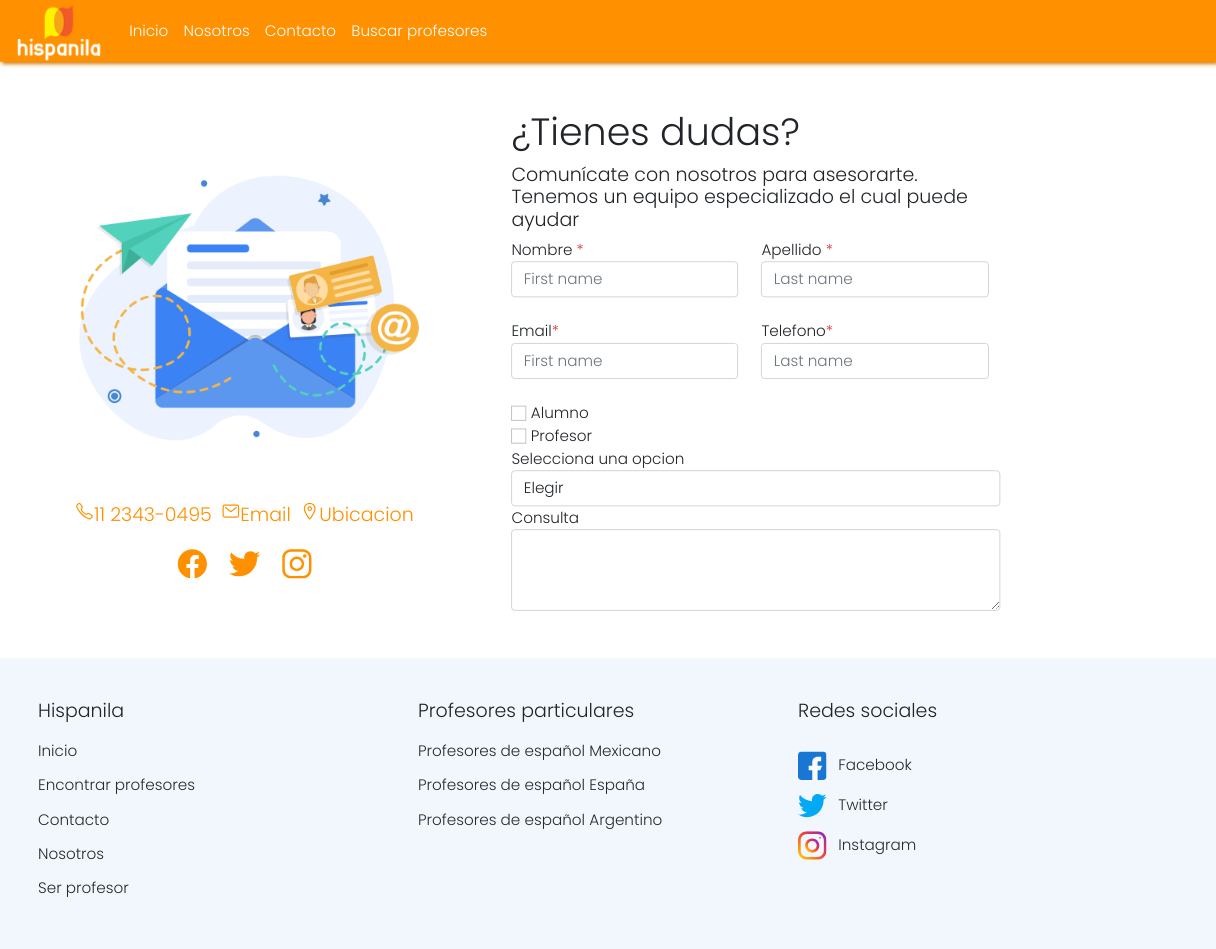
Repository: AgustinGarciaDev/Hispanila
Page: contact.html
These files come from the project's save history. The page is drawn as it stood at one moment and after the next save; the edit follows.
The browser window is 1280 px wide. The pictures show the whole page, at 95% of full size.
Some web libraries are served in a nearby version. The style sheet was rebuilt from its Sass, Less or Tailwind sources for each picture, by a compiler version that may differ from the author's.

Above is the page before, as saved 2021-01-29 00:00:01.

After the next save:
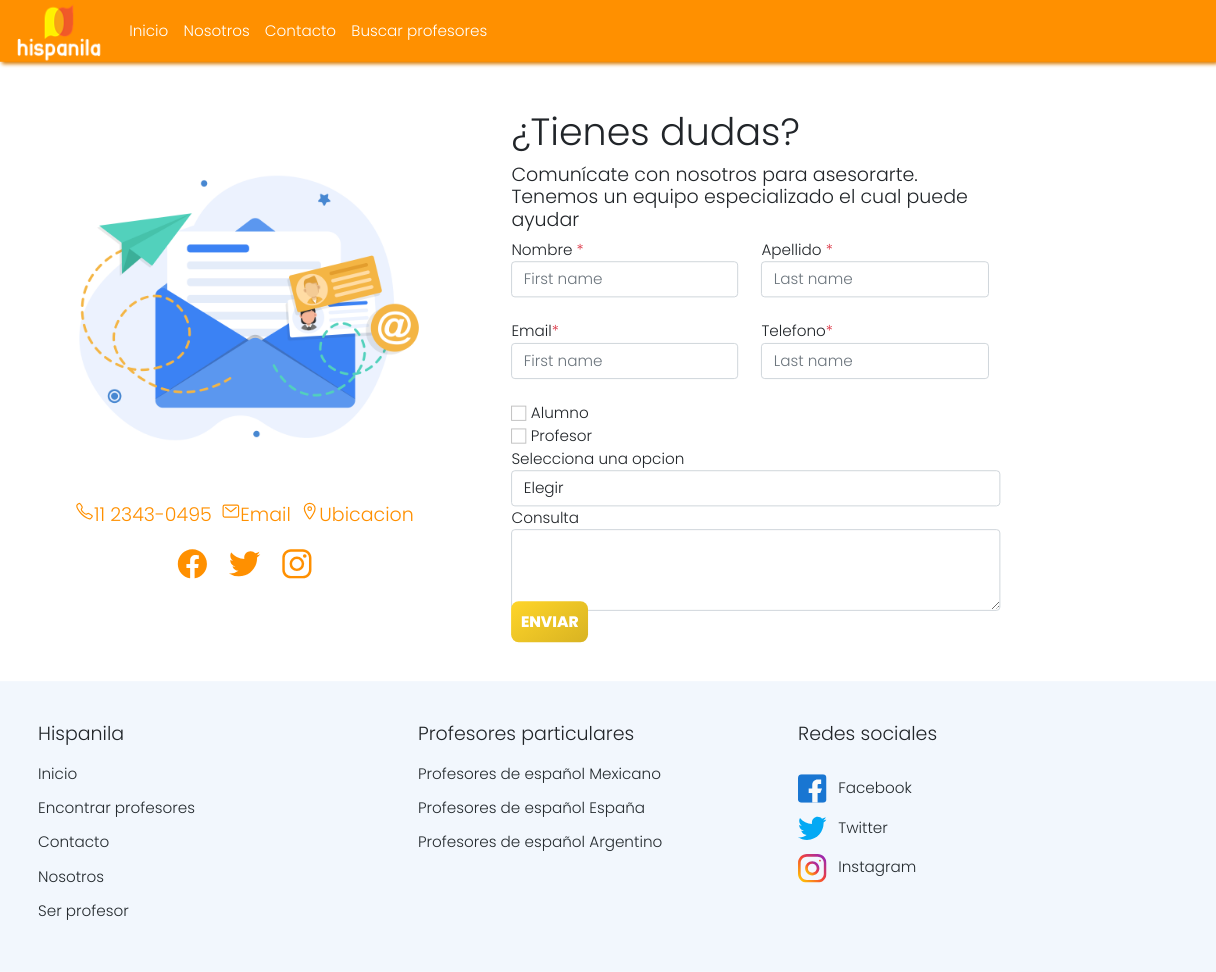
Saved 65 s later.
--- a/contact.html
+++ b/contact.html
@@ -116,7 +116,7 @@
                             <label for="exampleFormControlTextarea1 ">Consulta</label>
                             <textarea class="form-control " id="exampleFormControlTextarea1 " rows="3 "></textarea>
                         </div>
-
+                        <a class="hero__bottom" href="#" role="button">ENVIAR</a>
                     </form>
                 </div>
             </div>
